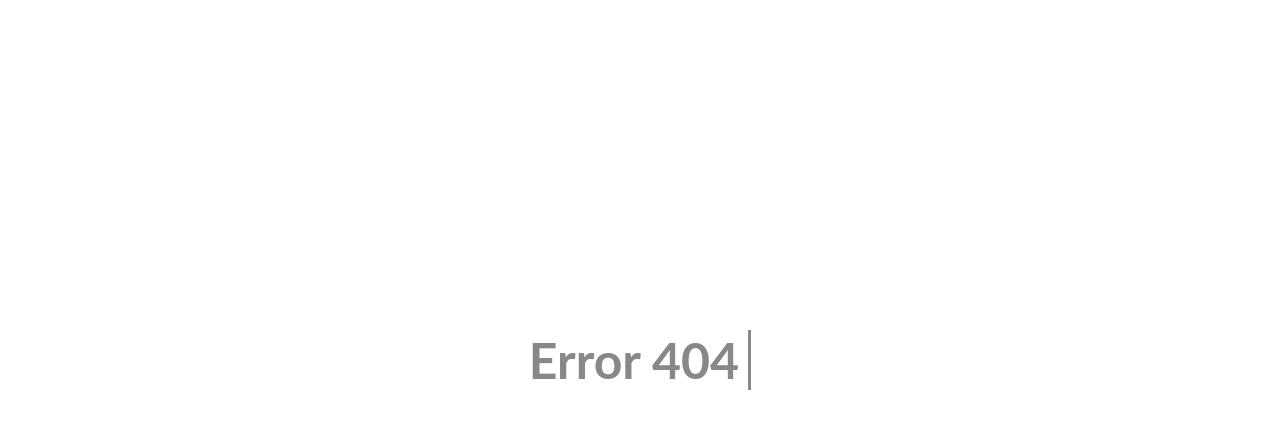
Repository: SavalaramRedkar/SupermarketManagementSystem-Java
Page: http://localhost/Supermarket_Management_System/error.jsp
An editor plug-in stored every save of this project. The page is shown before and after the next save, followed by the edit.
The browser window is 1280 px wide. The pictures show the whole page.
The page is served by Tomcat 9. Other server files are loaded and not shown.

Above is the page before, as saved 2021-03-14 15:18:11.

### Supermarket Management System/WebContent/error.jsp
<%@page isErrorPage="true"%>
<!DOCTYPE html PUBLIC "-//W3C//DTD HTML 4.01 Transitional//EN" "http://www.w3.org/TR/html4/loose.dtd">
<html>
<style>
*{
    transition: all 0.6s;
}

html {
    height: 100%;
}

body{
    font-family: 'Lato', sans-serif;
    color: #888;
    margin: 0;
}

#main{
    display: table;
    width: 100%;
    height: 100vh;
    text-align: center;
}

.fof{
	  display: table-cell;
	  vertical-align: middle;
}

.fof h1{
	  font-size: 50px;
	  display: inline-block;
	  padding-right: 12px;
	  animation: type .5s alternate infinite;
}

@keyframes type{
	  from{box-shadow: inset -3px 0px 0px #888;}
	  to{box-shadow: inset -3px 0px 0px transparent;}
}
/* body {
	background-color: #fff;
}

h1 {
	color: black;
	text-align: center;
}

a {
	color: black;
}

.alert {
    position: relative;
    padding: .75rem 1.25rem;
    /* margin-bottom: 1rem; */
    margin: auto;
    border: 1px solid transparent;
    border-radius: .25rem;
    width: 800px;
}

.alert-danger {
    color: #721c24;
    background-color: #f8d7da;
    border-color: #f5c6cb;
} */
</style>
<head>
<meta http-equiv="Content-Type" content="text/html; charset=ISO-8859-1">
<title>Error</title>
</head>
<body>
	<!-- <h1 class="alert alert-danger">Some thing went Wrong!</h1>
	<h1>So go for login! Try again!</h1>
	<h1>
		<a href="login.jsp">login</a>
	</h1> -->
	<div id="main">
    	<div class="fof">
        		<h1>Error 404</h1>
    	</div>
</div>
</body>
</html>

After the next save:
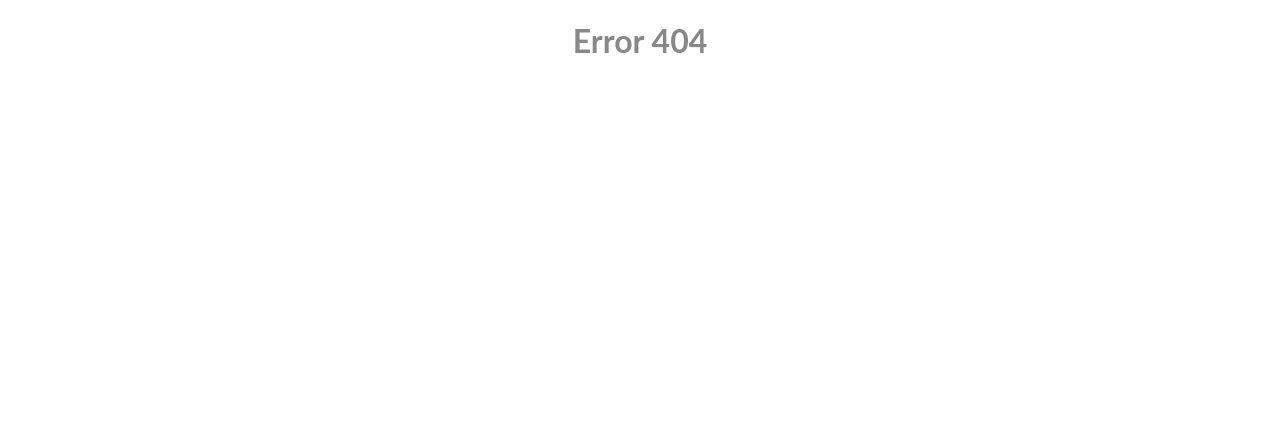
Saved 28 s later.
--- a/Supermarket Management System/WebContent/error.jsp
+++ b/Supermarket Management System/WebContent/error.jsp
@@ -23,22 +23,6 @@
     text-align: center;
 }
 
-.fof{
-	  display: table-cell;
-	  vertical-align: middle;
-}
-
-.fof h1{
-	  font-size: 50px;
-	  display: inline-block;
-	  padding-right: 12px;
-	  animation: type .5s alternate infinite;
-}
-
-@keyframes type{
-	  from{box-shadow: inset -3px 0px 0px #888;}
-	  to{box-shadow: inset -3px 0px 0px transparent;}
-}
 /* body {
 	background-color: #fff;
 }

After the save that followed:
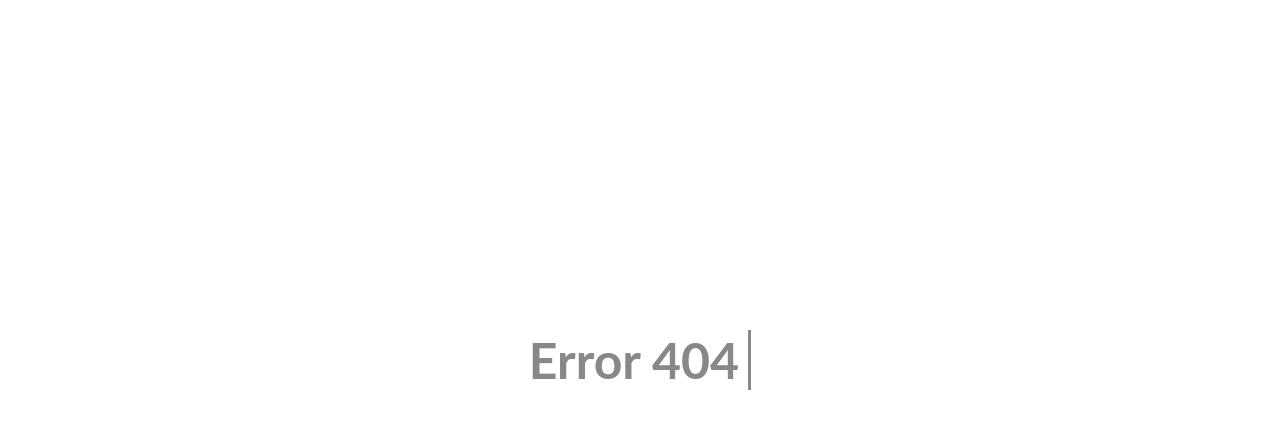
Saved 15 s later.
--- a/Supermarket Management System/WebContent/error.jsp
+++ b/Supermarket Management System/WebContent/error.jsp
@@ -23,6 +23,22 @@
     text-align: center;
 }
 
+.fof{
+	  display: table-cell;
+	  vertical-align: middle;
+}
+
+.fof h1{
+	  font-size: 50px;
+	  display: inline-block;
+	  padding-right: 12px;
+	  animation: type .5s alternate infinite;
+}
+
+@keyframes type{
+	  from{box-shadow: inset -3px 0px 0px #888;}
+	  to{box-shadow: inset -3px 0px 0px transparent;}
+}
 /* body {
 	background-color: #fff;
 }
